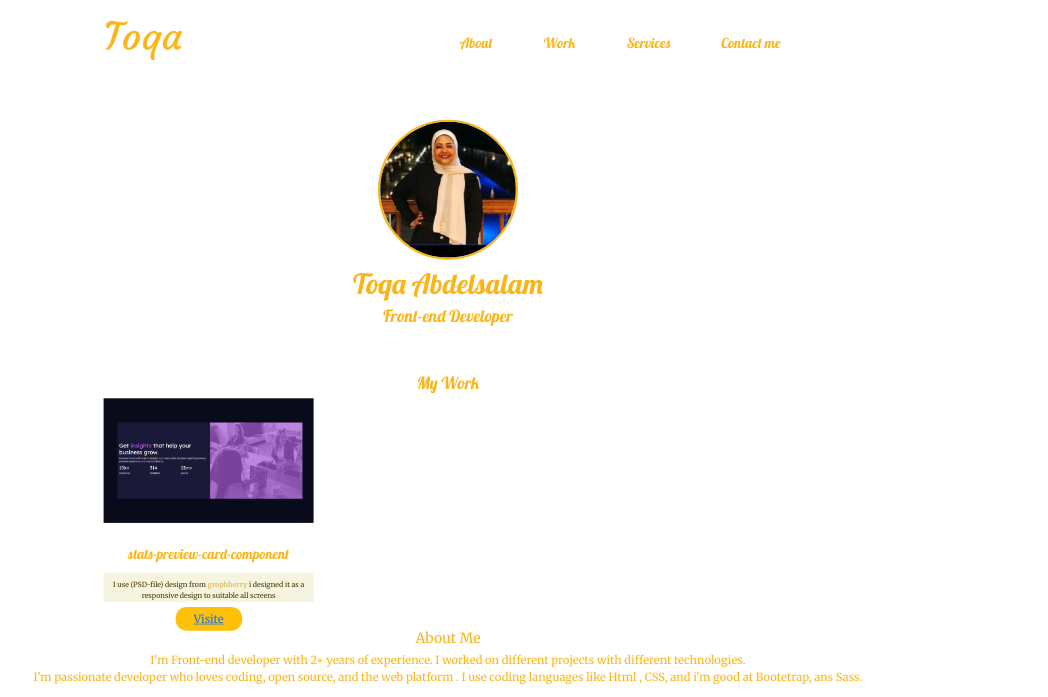
Repository: Toqa-25/portfolio
Page: index.html
The author's editor kept a copy of each file at every save. The page is drawn from the files as they stood at one save, then again after the next save.
The browser window is 1280 px wide. The page is 1280 px wide, then 1497 px, then 1280 px, so the pictures cover 1497 px, including what lies to the right of the window. The pictures show the whole page, at 70% of full size.
Some web fonts or font styles are not loaded; a fallback is used.

Above is the page before, as saved 2021-10-31 19:32:39.

After the next save:
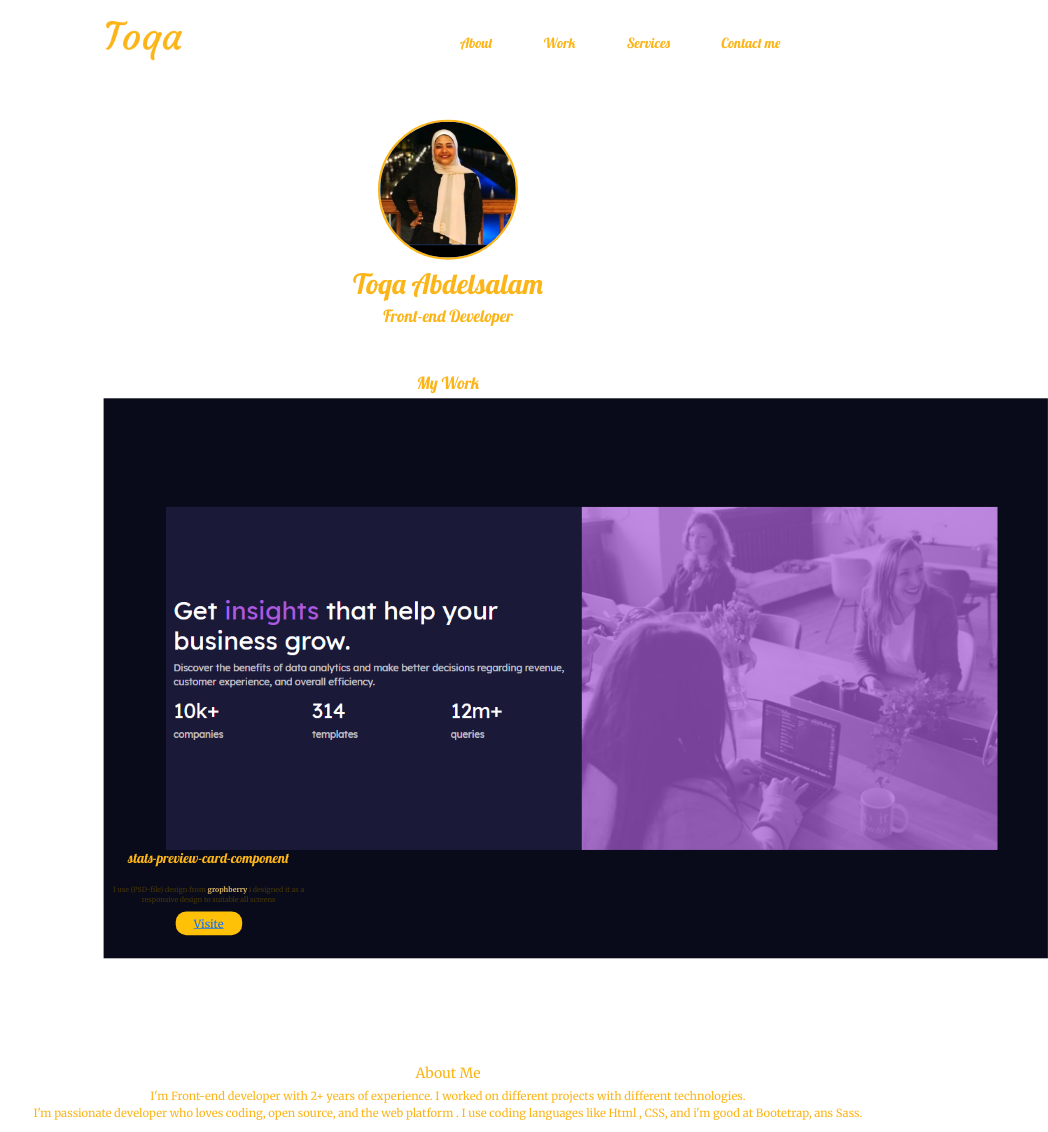
Saved 19 s later.
--- a/css/style.css
+++ b/css/style.css
@@ -161,11 +161,11 @@
      width:100%;
      height:70%;
  }
- .card-img img{
+ /* .card-img img{
      max-width:100%;
      /* height:100%; */
 
- }
+ } */
  .card-info{
      text-align: center;
      width: 100%;

After the save that followed:
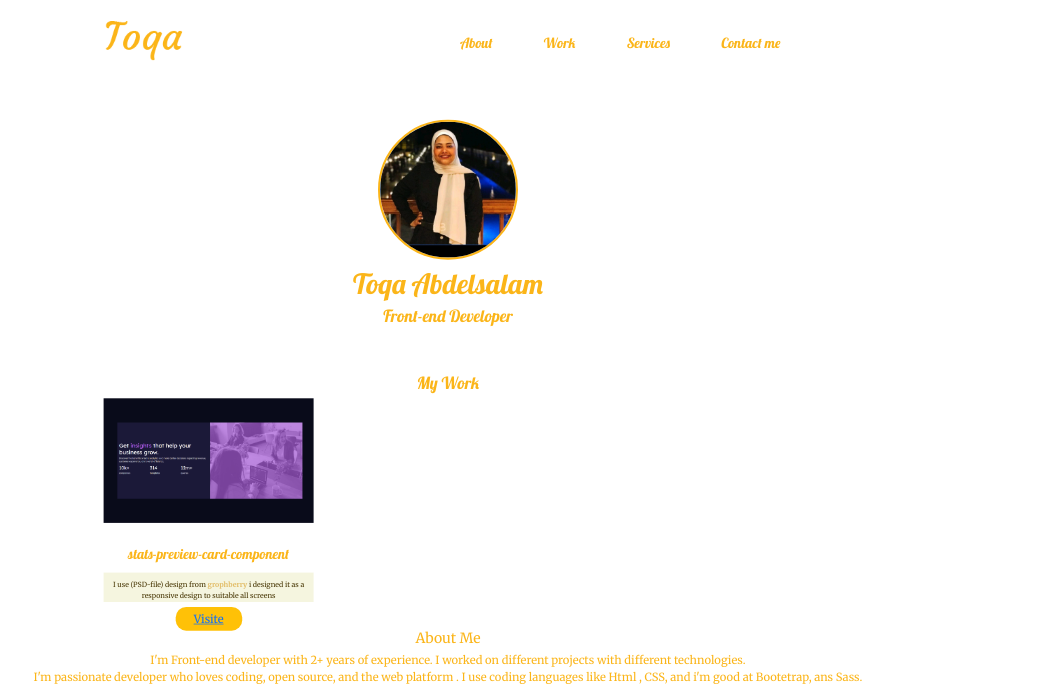
Saved 7 s later.
--- a/css/style.css
+++ b/css/style.css
@@ -161,11 +161,11 @@
      width:100%;
      height:70%;
  }
- /* .card-img img{
+ .card-img img{
      max-width:100%;
      /* height:100%; */
 
- } */
+ }
  .card-info{
      text-align: center;
      width: 100%;
